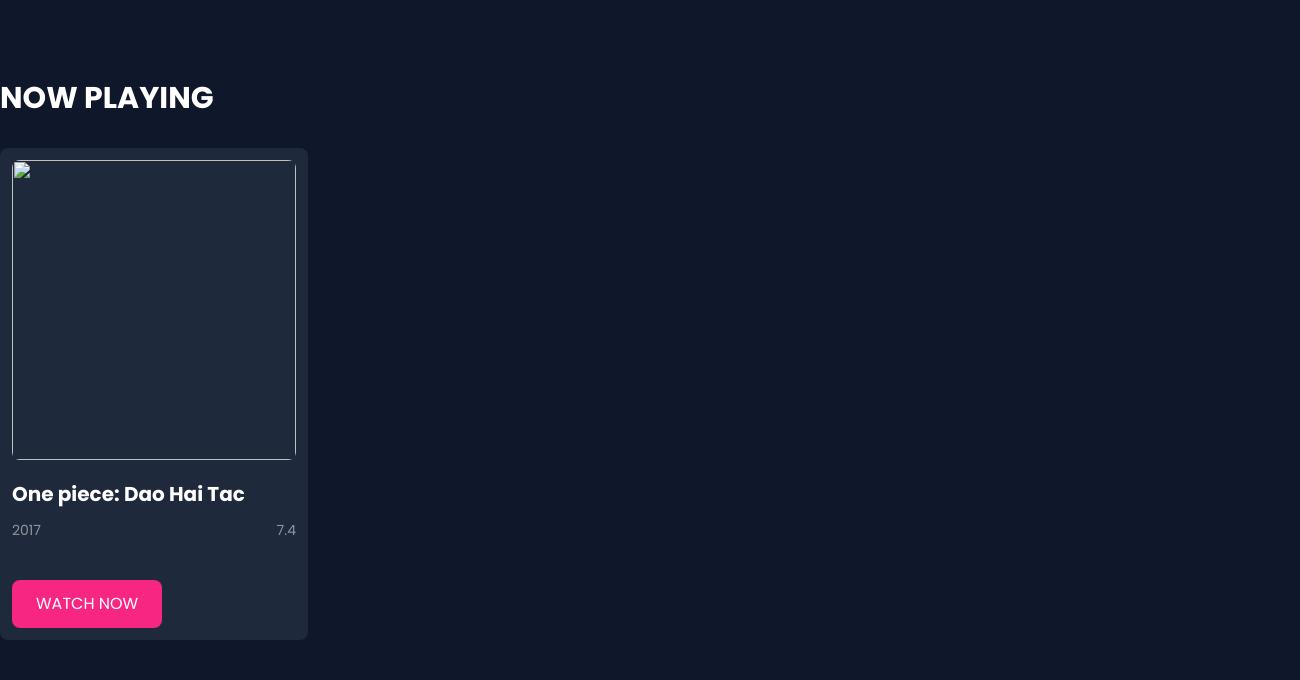
Repository: HoangLong0210/MovieWithTheMovieDb
Page: /
These files come from the project's save history. The page is drawn as it stood at one moment and after the next save; the edit follows.
The browser window is 1280 px wide. The page is 1300 px wide, so the pictures cover 1300 px, including what lies to the right of the window. The pictures show the part of the page from y = 624 to 1304 px (the page is 1304 px tall).
The project was rebuilt for these pictures with package versions that can differ from the ones it lists, and the page was loaded fresh each time.

Above is the page before, as saved 2023-04-27 11:23:26.

After the next save:
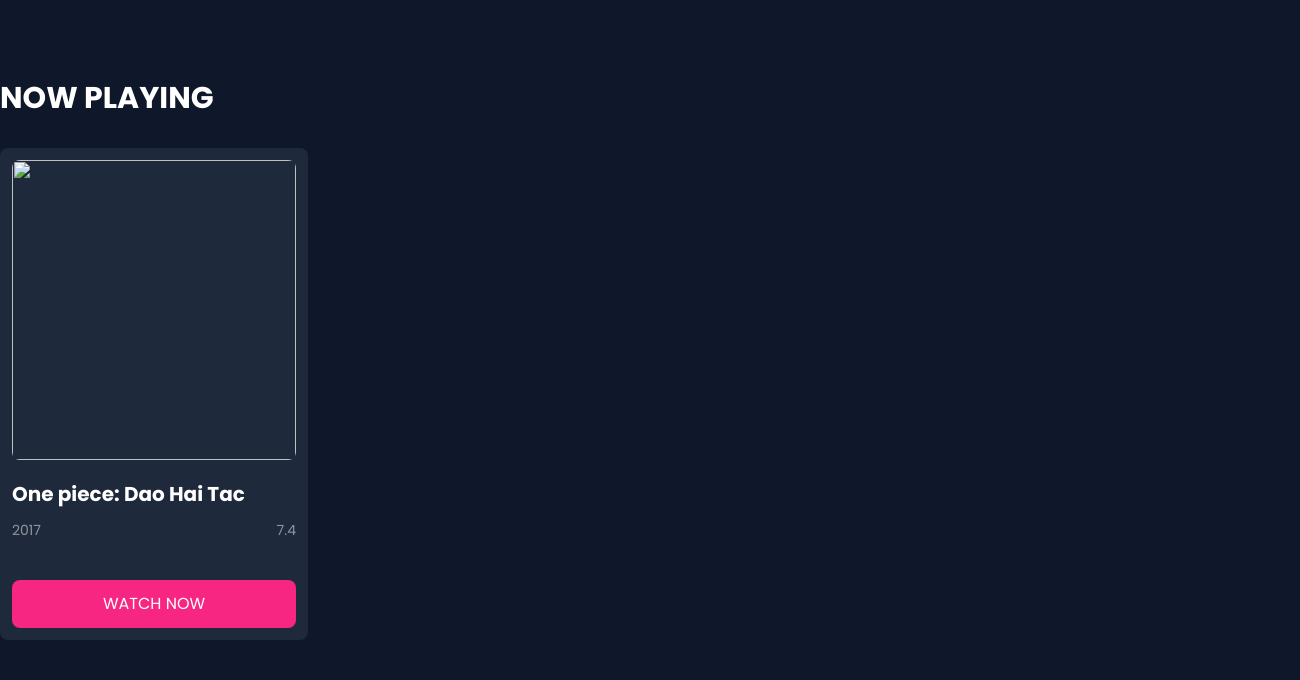
Saved 29 s later.
--- a/src/App.js
+++ b/src/App.js
@@ -53,7 +53,7 @@
               <span>2017</span>
               <span>7.4</span>
             </div>
-            <button className="py-3 px-6 rounded-lg capitalize bg-primary">
+            <button className="py-3 px-6 rounded-lg capitalize bg-primary w-full">
               WATCH NOW
             </button>
           </div>
